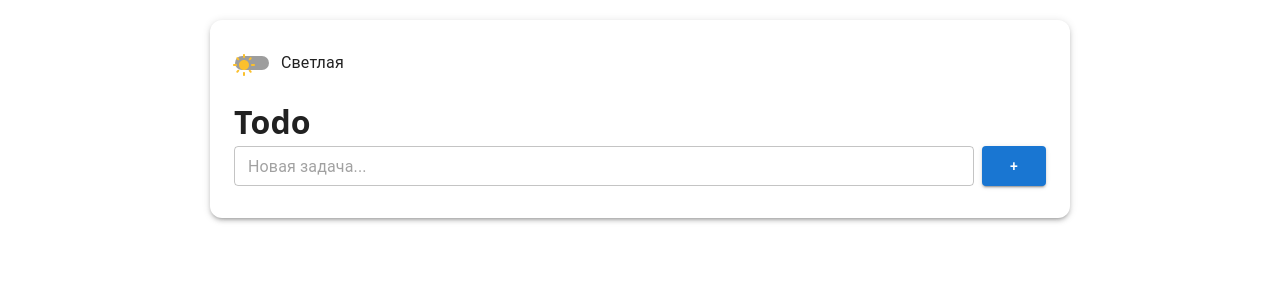
Repository: Burnmyheart/todo-app
Page: /
These files come from the project's save history. The page is drawn as it stood at one moment and after the next save; the edit follows.
The browser window is 1280 px wide. The pictures show the whole page.
The project was rebuilt for these pictures with package versions that can differ from the ones it lists, and the page was loaded fresh each time. Also part of the build but not shown: vite.config.ts, src/components/EditTodo/EditTodo.tsx, src/components/TodoItem/TodoItem.tsx, src/components/TodoList/TodoList.tsx.

Above is the page before, as saved 2025-09-25 20:44:01.

### src/index.css
/* Сброс браузерных стилей */
* {
  margin: 0;
  padding: 0;
  box-sizing: border-box;
}

html, body, #root {
  width: 100%;
  height: 100%;
  font-family: system-ui, -apple-system, BlinkMacSystemFont, "Segoe UI", Roboto, Helvetica, Arial, sans-serif;
  background-color: #fff;
  color: #000;
}


a {
  color: inherit;
  text-decoration: none;
}


button {
  font-family: inherit;
  font-size: 1rem;
  cursor: pointer;
  border: none;
  background: none;
}


h1, h2, h3, h4, h5, h6 {
  font-weight: 600;
}

### src/App.tsx
import React, { useState, useEffect } from "react";
import AddTodo from "./components/AddTodo/AddTodo";
import TodoList from "./components/TodoList/TodoList";
import { saveGroups, loadGroups } from "./utils/localStorage";
import type { TodoGroup } from "./types";

import {
  ThemeProvider,
  CssBaseline,
  Paper,
  Switch,
  FormControlLabel,
} from "@mui/material";
import { createTheme } from "@mui/material/styles";
import DarkModeIcon from "@mui/icons-material/DarkMode";
import LightModeIcon from "@mui/icons-material/LightMode";

const App: React.FC = () => {
  const [groups, setGroups] = useState<TodoGroup[]>([]);
  const [darkMode, setDarkMode] = useState(false);

  useEffect(() => {
    setGroups(loadGroups());
  }, []);

  useEffect(() => {
    saveGroups(groups);
  }, [groups]);

  const theme = createTheme({
    palette: {
      mode: darkMode ? "dark" : "light",
    },
  });

  const addGroup = (title: string) => {
    const newGroup: TodoGroup = {
      id: Date.now(),
      title,
      tasks: [],
      createdAt: new Date(),
    };
    setGroups((prev) => [...prev, newGroup]);
  };

  const updateGroup = (updated: TodoGroup) => {
    setGroups((prev) =>
      prev.map((group) => (group.id === updated.id ? updated : group))
    );
  };

  return (
    <div style={{ padding: "20px", maxWidth: "900px", margin: "0 auto" }}>
      <ThemeProvider theme={theme}>
        <CssBaseline />
        <Paper
          elevation={3}
          sx={{
            p: 3,
            borderRadius: 3,
            bgcolor: darkMode ? "background.default" : "#fff",
          }}
        >
          <FormControlLabel
            control={
              <Switch
                checked={darkMode}
                onChange={() => setDarkMode((prev) => !prev)}
                color="default"
                icon={<LightModeIcon sx={{ color: "#fbc02d" }} />}
                checkedIcon={<DarkModeIcon sx={{ color: "#90caf9" }} />}
              />
            }
            label={darkMode ? "Тёмная" : "Светлая"}
            sx={{ mb: 2 }}
          />

          <h1>Todo</h1>
          <AddTodo onAdd={addGroup} />
          {groups.map((group) => (
            <TodoList
              key={group.id}
              group={group}
              onUpdateGroup={updateGroup}
            />
          ))}
        </Paper>
      </ThemeProvider>
    </div>
  );
};

export default App;

### src/components/AddTodo/AddTodo.tsx
import React, { useState } from "react";
import { TextField, Button, Stack } from "@mui/material";

interface AddTodoProps {
  onAdd: (text: string) => void;
}

const AddTodo: React.FC<AddTodoProps> = ({ onAdd }) => {
  const [text, setText] = useState("");
  const [error, setError] = useState(false);

  const handleAdd = () => {
    if (!text.trim()) {
      setError(true);
      return;
    }
    onAdd(text);
    setText("");
    setError(false);
  };

  return (
    <Stack direction="row" spacing={1} sx={{ mb: 1 }}>
      <TextField
        value={text}
        onChange={(e) => { setText(e.target.value); setError(false); }}
        size="small"
        placeholder="Новая задача..."
        onKeyDown={(e) => e.key === "Enter" && handleAdd()}
        error={error}
        helperText={error ? "Поле не может быть пустым" : ""}
        fullWidth
      />
      <Button variant="contained" onClick={handleAdd}>+</Button>
    </Stack>
  );
};

export default AddTodo;

### src/utils/localStorage.tsx
import type { TodoGroup } from "../types";

const GROUPS_KEY = "todoGroups";

export const saveGroups = (groups: TodoGroup[]) => {
  localStorage.setItem(GROUPS_KEY, JSON.stringify(groups));
};

export const loadGroups = (): TodoGroup[] => {
  const data = localStorage.getItem(GROUPS_KEY);
  if (!data) return [];

  const groups: TodoGroup[] = JSON.parse(data);

  // Конвертируем строки обратно в Date
  return groups.map(group => ({
    ...group,
    createdAt: new Date(group.createdAt),
    tasks: group.tasks.map(task => ({ ...task, createdAt: new Date(task.createdAt) })),
  }));
};

Loaded but not shown: index.html (common file); src/main.tsx (common file)

After the next save:
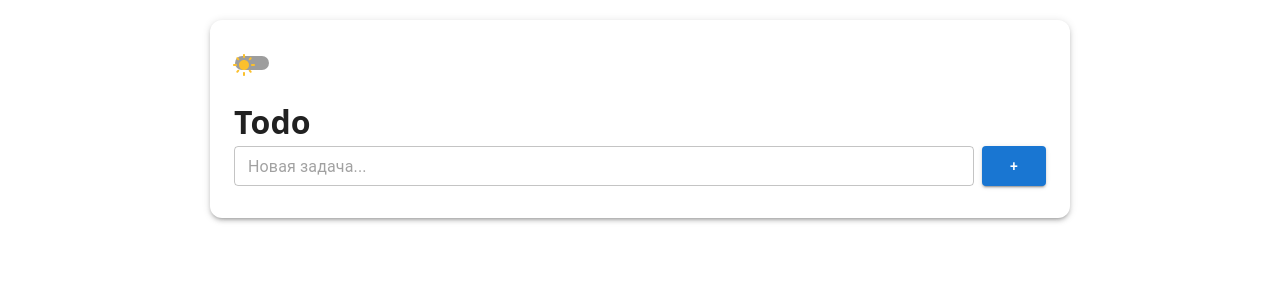
Saved 45 s later.
--- a/src/App.tsx
+++ b/src/App.tsx
@@ -71,7 +71,7 @@ const App: React.FC = () => {
                 checkedIcon={<DarkModeIcon sx={{ color: "#90caf9" }} />}
               />
             }
-            label={darkMode ? "Тёмная" : "Светлая"}
+            label={darkMode}
             sx={{ mb: 2 }}
           />
 
